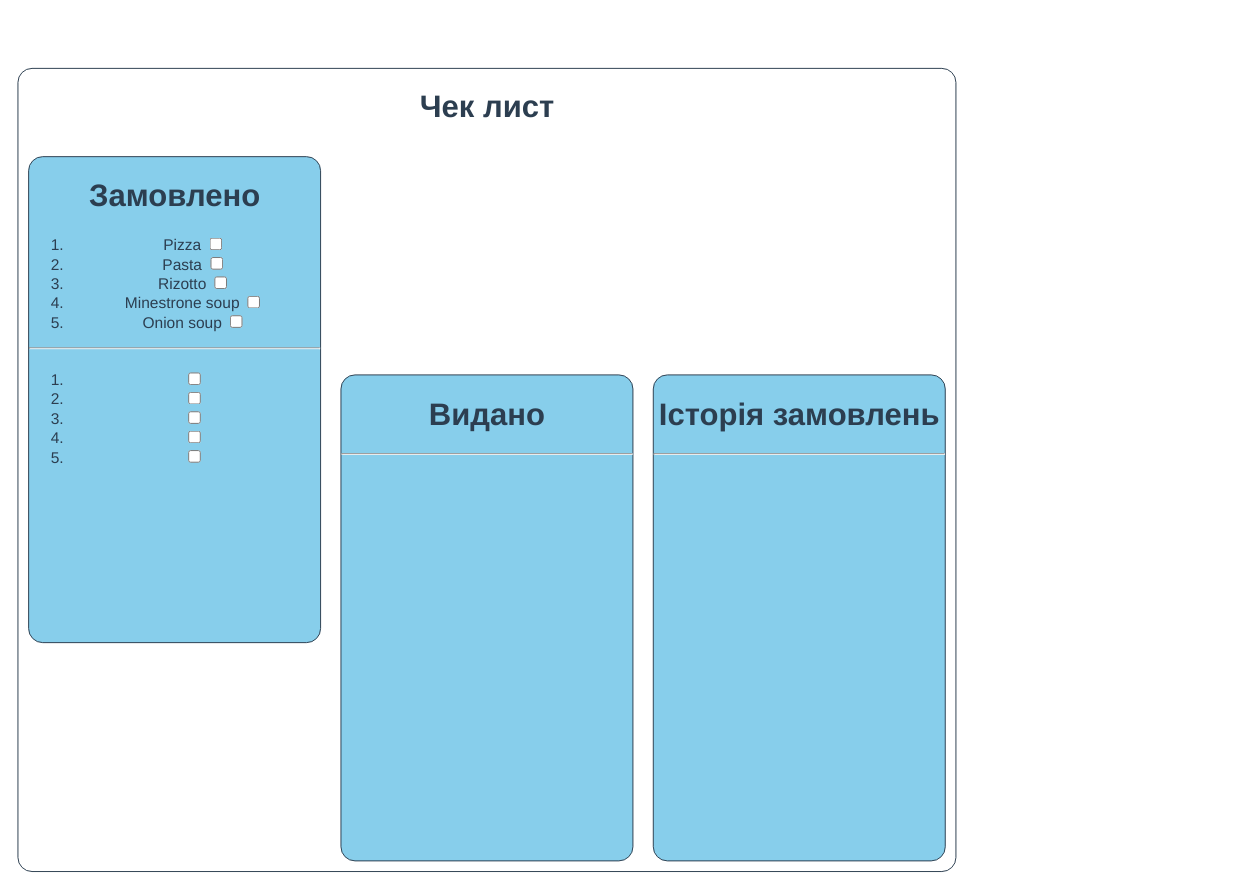
Repository: Salexandraa/HOME_Subotina
Page: / (app in order-list/)
The author's editor kept a copy of each file at every save. The page is drawn from the files as they stood at one save, then again after the next save.
The browser window is 1280 px wide. The pictures show the whole page, at 97% of full size.
The project was rebuilt for these pictures with package versions that can differ from the ones it lists, and the page was loaded fresh each time.

Above is the page before, as saved 2020-10-09 17:14:49.

### order-list/src/App.vue
<template>
  <div id="app">
  <!-- <reserved :listDishes= "dishesList"
  title='Замовлено'
  />
  <order-issued title="Видано"/>
  <history title="Історія замовлень"/> -->
  <check-list title="Чек лист"/>
  </div>
</template>

<script>
//import Reserved from "./components/CheckList/Reserved";
//import dishesList from "../settings"
//import OrderIssued from "./components/CheckList/OrderIssued"
//import History from "./components/CheckList/History"
import CheckList from "./components/CheckList"
export default {
  name: "App",
  components: {
    //Reserved,
   //OrderIssued,
    //History,
    CheckList
  },
  data() {
    return {
    //  dishesList
      // dishesList: [
      //   {
      //     id: 1,
      //     name: "Pizza",
      //   },
      //    {
      //     id: 2,
      //     name: "Pasta",
      //   },
      //    {
      //     id:3,
      //     name: "Rizzoto",
      //   },
      //    {
      //     id: 4,
      //     name: "Minestrone soup",
      //   },
      //    {
      //     id:5,
      //     name: "Onion soup",
      //   },
      // ],
    };
  },
};
</script>

<style>
#app {
  font-family: Avenir, Helvetica, Arial, sans-serif;
  -webkit-font-smoothing: antialiased;
  -moz-osx-font-smoothing: grayscale;
  /* text-align: center; */
  color: #2c3e50;
  margin-top: 60px;
}
</style>

### order-list/src/components/CheckList/index.vue
<template>
  <div class="container">
    <div>
      <h1>{{ title }}</h1>
    </div>
    <div>
      <reserved :listDishes="dishesList" title="Замовлено" title2="Приготовлено" />
      <order-issued title="Видано" />
      <history title="Історія замовлень" />
    </div>
  </div>
</template>

<script>
import Reserved from "./Reserved";
import OrderIssued from "./OrderIssued";
import History from "./History";
import dishesList from "../../../settings"
export default {
  name: "CheckList",
  components: {
    Reserved,
    OrderIssued,
    History,
  },
  props: {
    // dishesList: {
    //     type: Array,
    //     default: ()=>[]
    // },
    title: {
      type: String,
      default: "",
    },
    },
    data() {
        return {
            dishesList
        }

  },
};
</script>

<style lang="css" scoped>
.container {
  border: 1px solid;
  border-radius: 15px;
  text-align: center;
  display: inline-block;
  margin: 10px;
}
</style>

### order-list/src/components/CheckList/Reserved/index.vue
<template>
    <div class="container">
<div>
    <h1>{{title}}</h1>
</div>
 <div><ol >
        <li v-for="item in listDishes" :key="item.name" value="item.name"  >
          {{item.name}}  <input type="checkbox"  v-model="item.names"  >
        </li>
    </ol>
</div>
<hr>
<div>
    <h1></h1>
</div>
<div>
      <ol>
        <li v-for="item in listDishes" :key="item.id" >
           {{item.names}} <input type="checkbox" >
        </li>

    </ol>

</div>
    </div>
</template>

<script>
    export default {
        name: "Reserved",
        props: {
             listDishes: {
                type: Array,
                default: ()=>[]
            },
            title: {
                type: String,
                default: '',

            },
              title2: {
                type: String,
                default: '',

            },
        }
    }
</script>

<style lang="css" scoped>
.container{
    width: 300px;
    height: 500px;
    border: 2px solid;
    border-radius: 15px;
    background-color: skyblue;
}
</style>

### order-list/src/components/CheckList/OrderIssued/index.vue
<template>
  <div class="container">
    <div>
      <h1>{{ title }}</h1>
    </div>
    <div>
      <ol>
        <li v-for="item in dishesList" :key="item.name">
          {{ item.name }} <input type="checkbox" v-model="item.names" />
        </li>
      </ol>
    </div>
    <hr>
  </div>
</template>

<script>
export default {
  name: "OrderIssued",
  props: {
    title: {
      type: String,
      default: "",
    },
  },
};
</script>

<style lang="css" scoped>
.container {
  width: 300px;
  height: 500px;
  border: 2px solid;
  border-radius: 15px;
  background-color: skyblue;
}
</style>

### order-list/src/components/CheckList/History/index.vue
<template>
    <div class="container">
   <div>
      <h1>{{ title }}</h1>
    </div>
    <div>
      <ol>
        <li v-for="item in dishesList" :key="item.name">
          {{ item.name }} <input type="checkbox" v-model="item.names" />
        </li>
      </ol>
    </div>
    <hr>
    </div>
</template>

<script>
    export default {
        name: "History",
        props: {
            title: {
                type: String,
                default: ""
            },
        },
    }
</script>

<style lang="css" scoped>
.container {
  width: 300px;
  height: 500px;
  border: 2px solid;
  border-radius: 15px;
  background-color: skyblue;
}

</style>

### order-list/settings.js
export default [
    {
      id: 1,
      name: "Pizza",
    },
     {
      id: 2,
      name: "Pasta",
    },
     {
      id:3,
      name: "Rizotto",
    },
     {
      id: 4,
      name: "Minestrone soup",
    },
     {
      id:5,
      name: "Onion soup",
    },
  ]

Loaded but not shown: order-list/public/index.html (common file); order-list/src/main.js (common file)

After the next save:
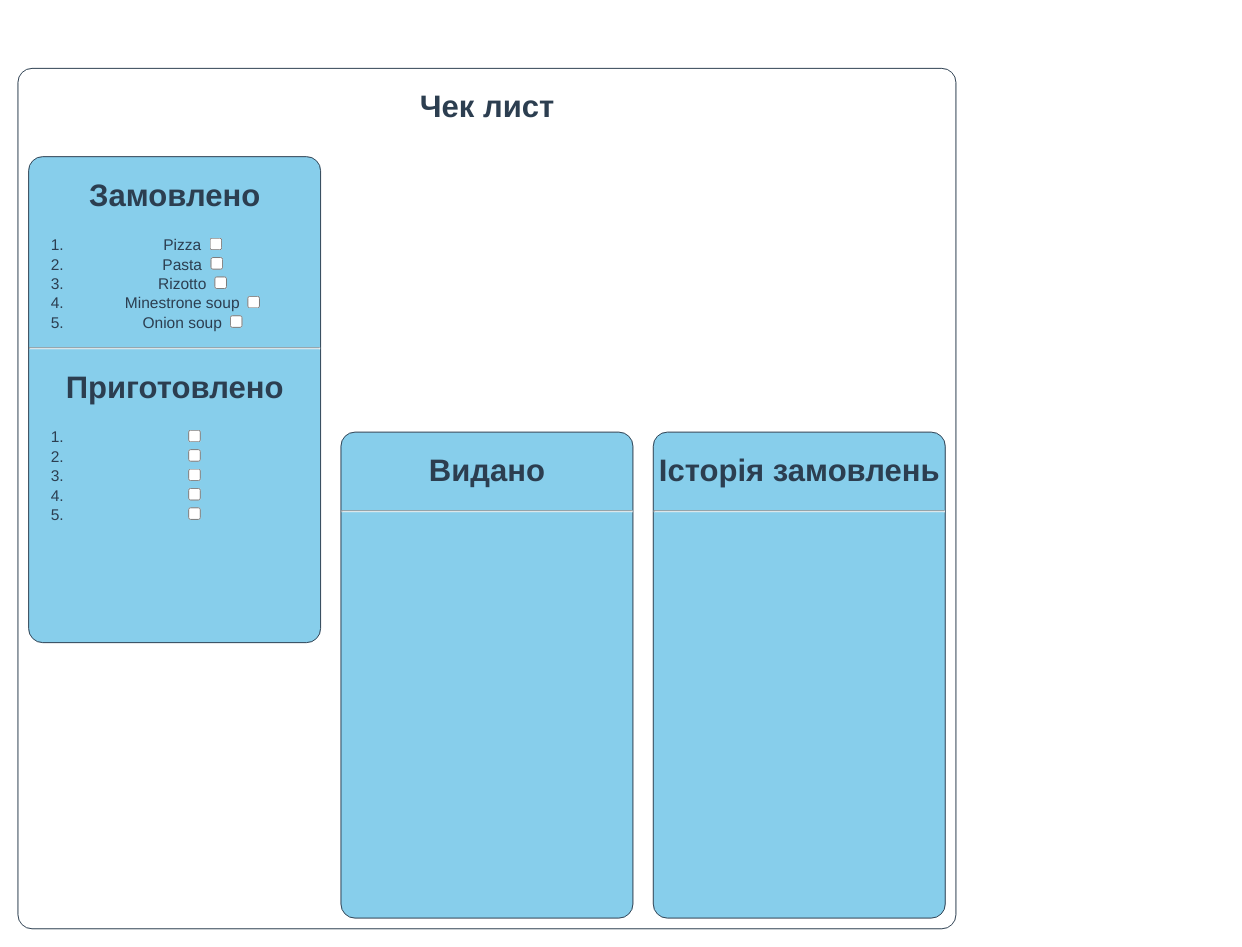
Saved 14 s later.
--- a/order-list/src/components/CheckList/Reserved/index.vue
+++ b/order-list/src/components/CheckList/Reserved/index.vue
@@ -11,7 +11,7 @@
 </div>
 <hr>
 <div>
-    <h1></h1>
+    <h1>{{title2}}</h1>
 </div>
 <div>
       <ol>
